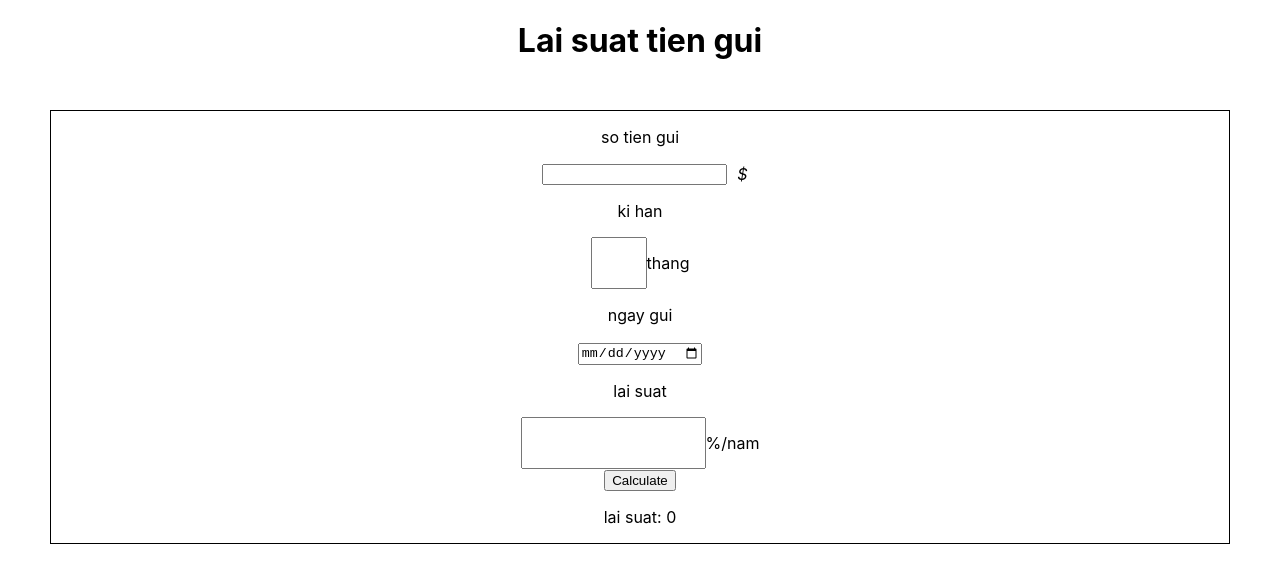
Repository: Trinvm1997/ReactExercise
Page: / (app in interest_rate/)
These files come from the project's save history. The page is drawn as it stood at one moment and after the next save; the edit follows.
The browser window is 1280 px wide. The pictures show the whole page.
The project was rebuilt for these pictures with package versions that can differ from the ones it lists, and the page was loaded fresh each time.

Above is the page before, as saved 2020-12-24 10:08:14.

After the next save:
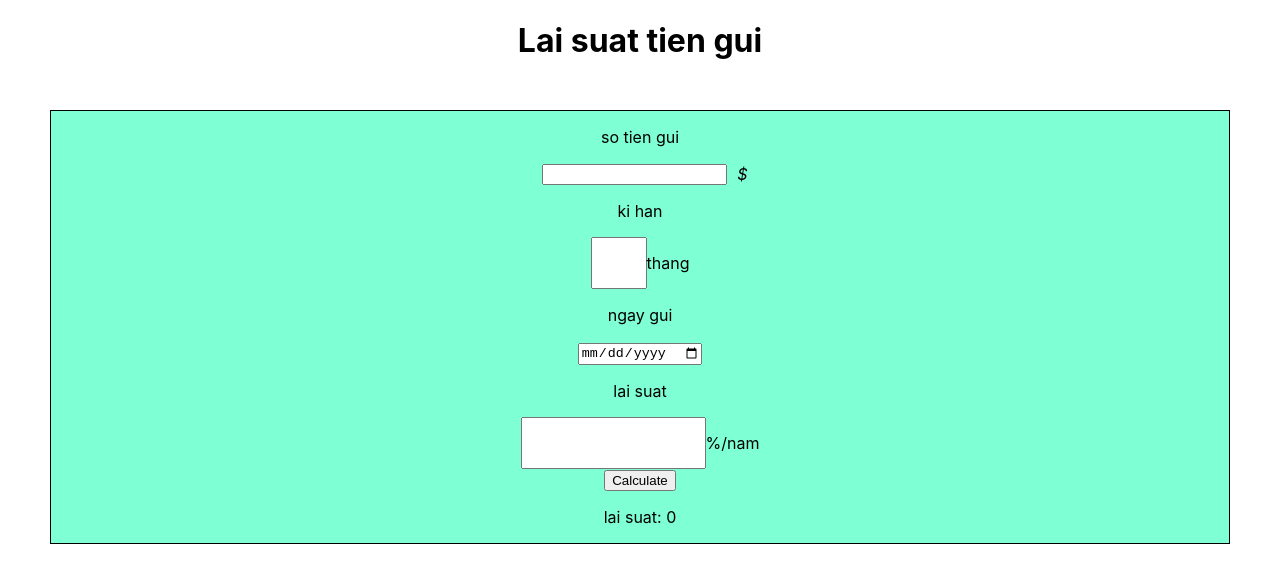
Saved 18 s later.
--- a/interest_rate/src/App.css
+++ b/interest_rate/src/App.css
@@ -44,4 +44,5 @@ i {
 form {
   margin: 50px;
   border: 1px solid black;
+  background-color: aquamarine;
 }
